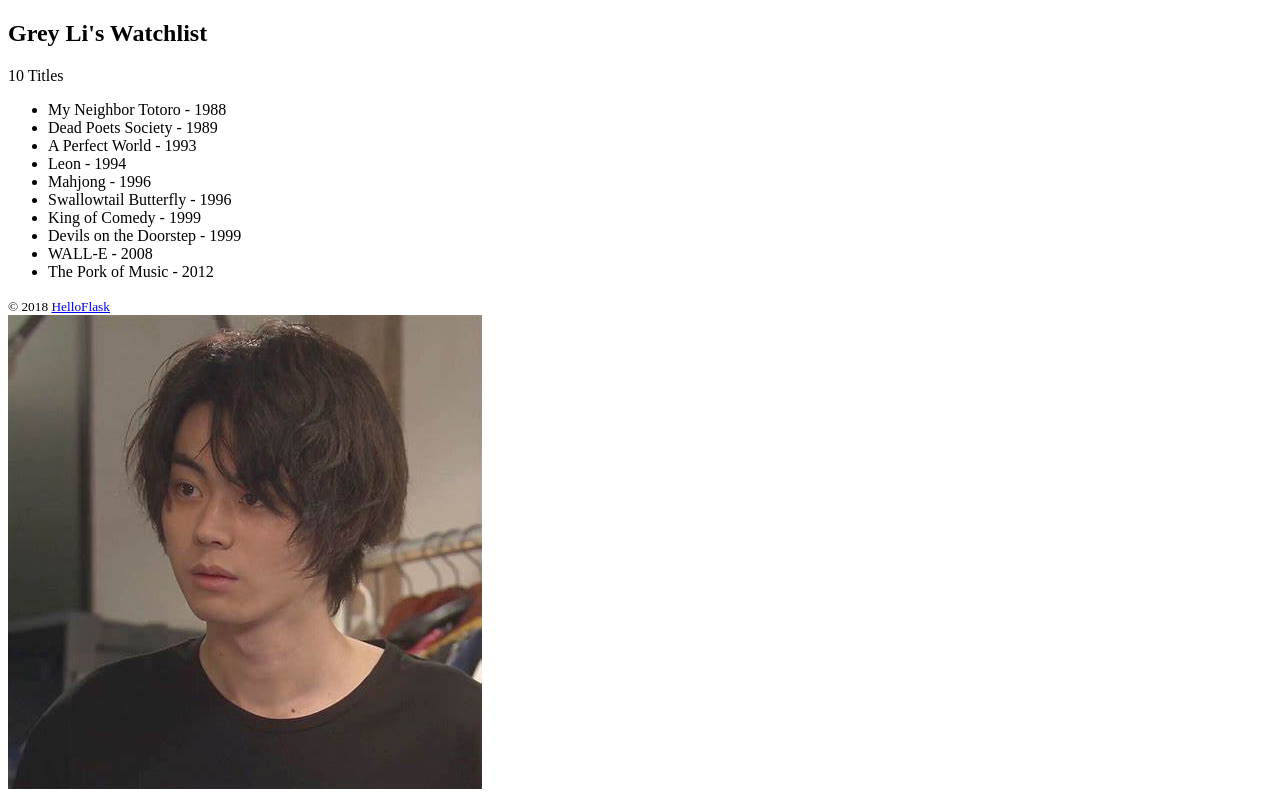
Repository: Yangtze-flowing/watchlist
Page: http://localhost/
An editor plug-in stored every save of this project. The page is shown before and after the next save, followed by the edit.
The browser window is 1280 px wide. The pictures show the whole page.
The page is served by the project's application, run on Flask 3 (app.py).

Above is the page before, as saved 2024-03-12 17:55:56.

After the next save:
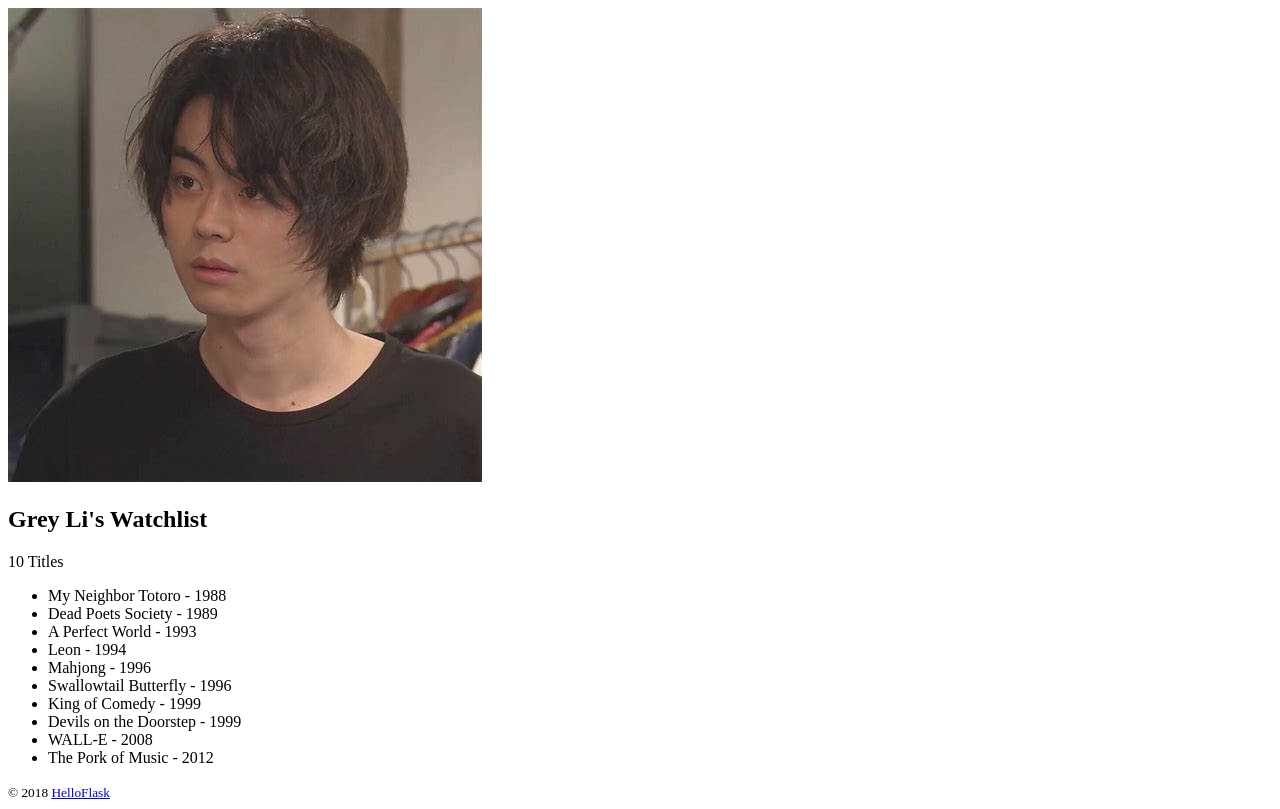
Saved 7 min 11 s later.
--- a/templates/index.html
+++ b/templates/index.html
@@ -1,6 +1,7 @@
 <!DOCTYPE html>
 <html lang="en">
 <head>
+    <img src="{{ url_for('static', filename='foo.jpg') }}">
     <meta charset="utf-8">
     <title>{{ name }}'s Watchlist</title>
 </head>
@@ -17,5 +18,5 @@
         <small>&copy; 2018 <a href="http://helloflask.com/book/3">HelloFlask</a></small>
     </footer>
 </body>
-<img src="{{ url_for('static', filename='foo.jpg') }}">
+
 </html>

After the save that followed:
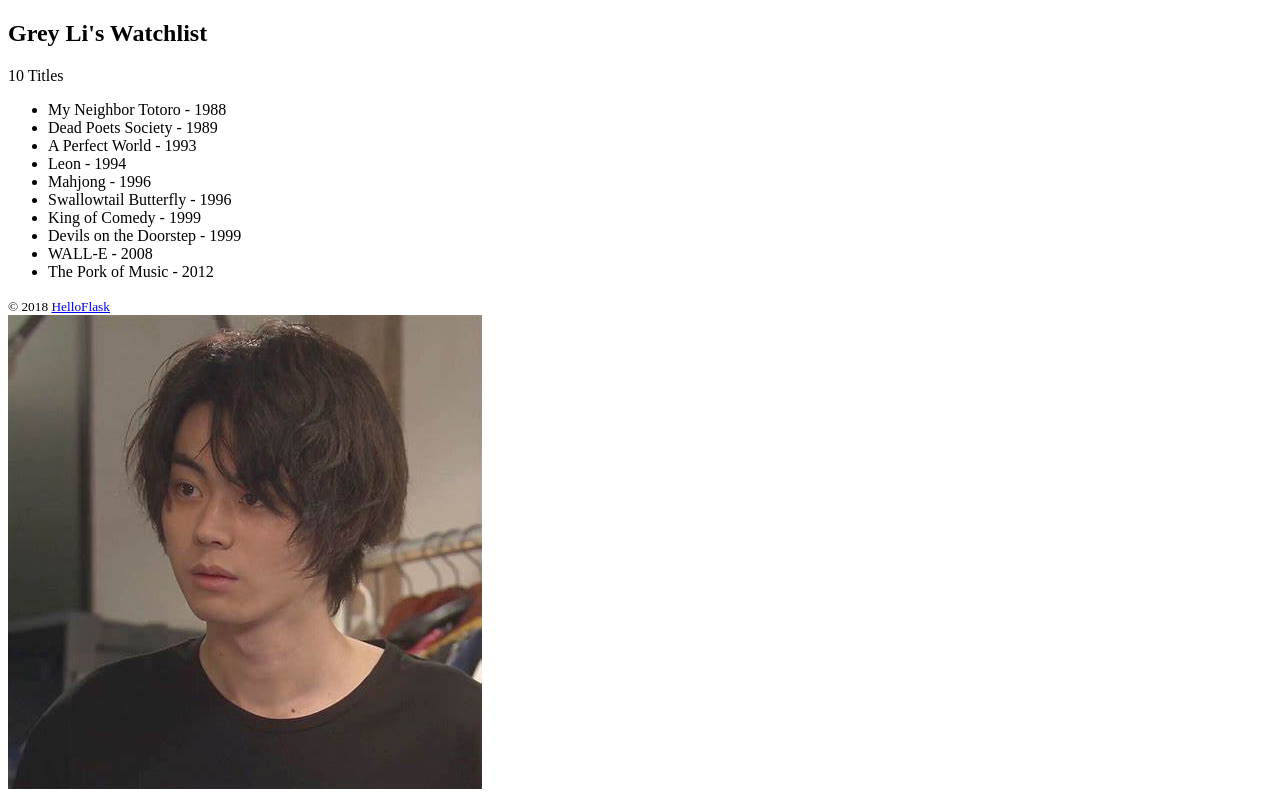
Saved 8 min 36 s later.
--- a/templates/index.html
+++ b/templates/index.html
@@ -1,7 +1,7 @@
 <!DOCTYPE html>
 <html lang="en">
 <head>
-    <img src="{{ url_for('static', filename='foo.jpg') }}">
+    <link rel="icon" href="{{ url_for('static', filename='uni-logo-64px.png') }}">
     <meta charset="utf-8">
     <title>{{ name }}'s Watchlist</title>
 </head>
@@ -18,5 +18,5 @@
         <small>&copy; 2018 <a href="http://helloflask.com/book/3">HelloFlask</a></small>
     </footer>
 </body>
-
+<img src="{{ url_for('static', filename='foo.jpg') }}">
 </html>
